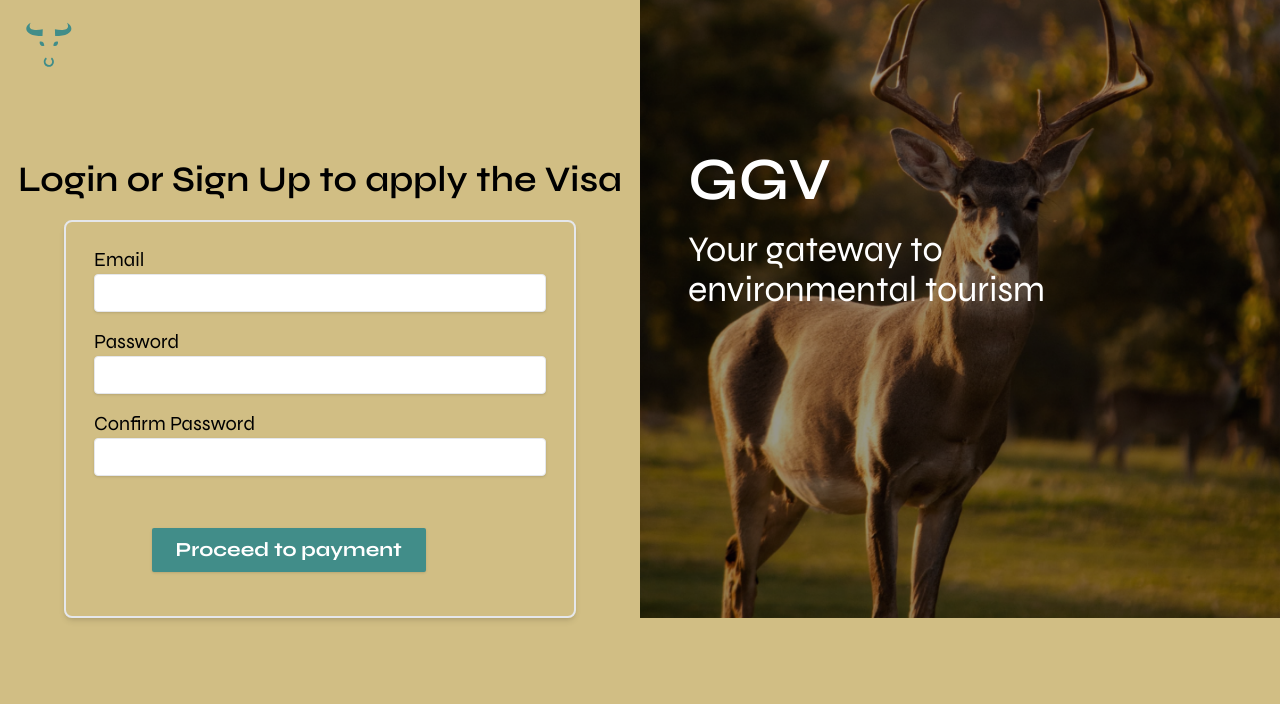
Repository: EngrAhmadUmar/landing-page
Page: /register
The author's editor kept a copy of each file at every save. The page is drawn from the files as they stood at one save, then again after the next save.
The browser window is 1280 px wide. The pictures show the whole page.
The project was rebuilt for these pictures with package versions that can differ from the ones it lists, and the page was loaded fresh each time. The framework's server and built-in components were replaced by stand-ins that run in the browser. Also part of the build but not shown: next.config.js, styles/Home.module.css, src/Components/ApplyPageComponents/ApplyForm.jsx, src/Components/ApplyPageComponents/LoginForm.jsx.

Above is the page before, as saved 2022-07-06 11:37:01.

After the next save:
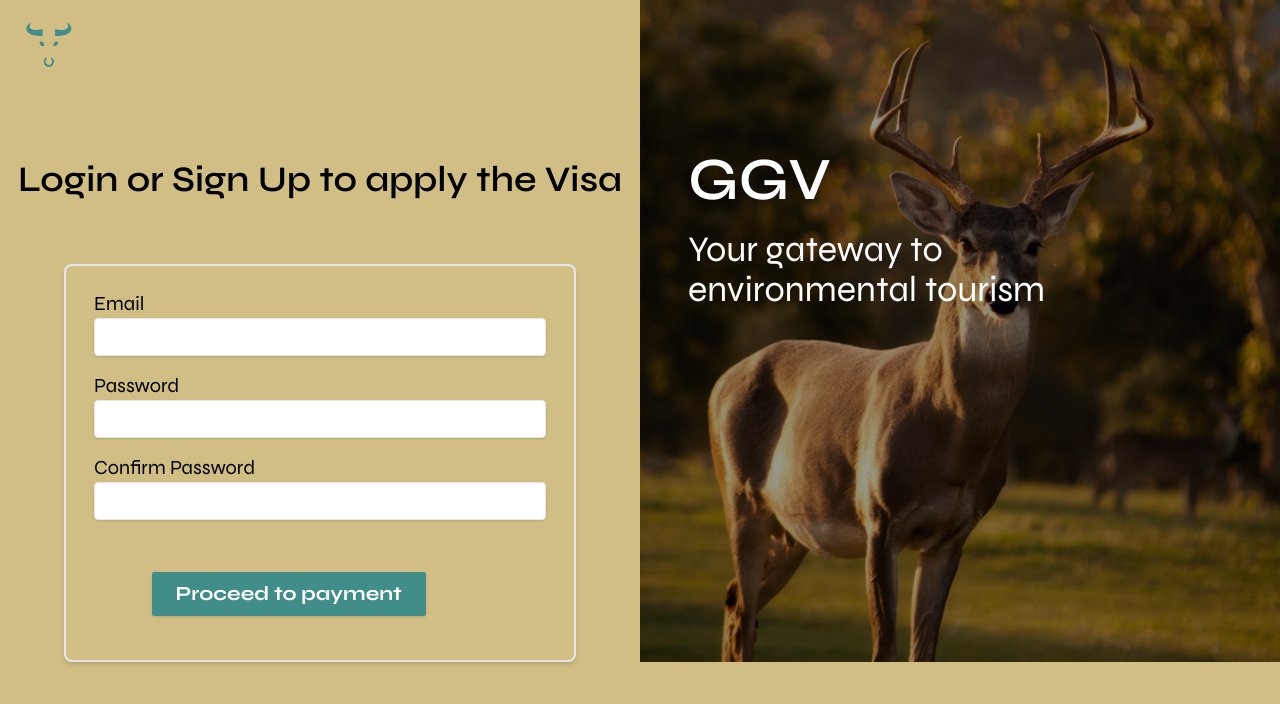
Saved 7 s later.
--- a/src/Components/ApplyPageComponents/RegisterForm.jsx
+++ b/src/Components/ApplyPageComponents/RegisterForm.jsx
@@ -86,7 +86,7 @@ const JoinUs = () => {
           </h3>
           <form
             onSubmit={onSubmit}
-            className="shadow-md rounded-lg px-7 pt-6 pb-8  lg:mx-12 xl:mx-auto border-gray border-2 font-Syne md:max-w-lg"
+            className="shadow-md rounded-lg px-7 pt-6 pb-8 mt-[4rem] lg:mx-12 xl:mx-auto border-gray border-2 font-Syne md:max-w-lg"
           >
             <div className="mb-4">
               <label className="text-lg md:text-xl">Email</label>
